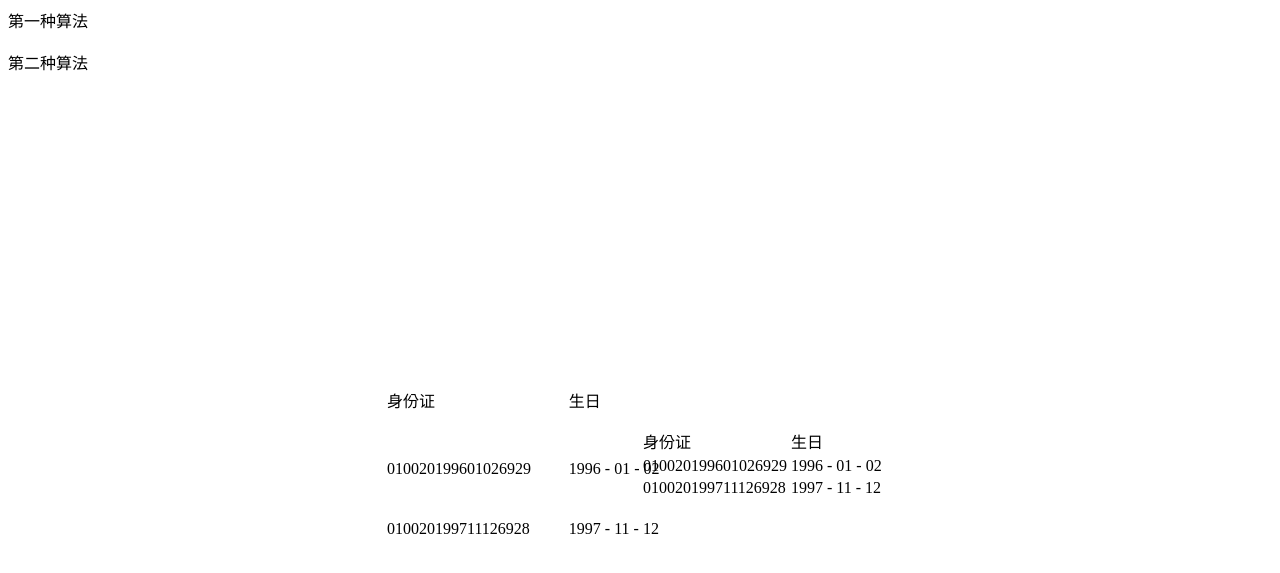
Repository: Fuhai-Chen/javaweb
Page: http://localhost/Chapter_3/transBirthday.jsp
An editor plug-in stored every save of this project. The page is shown before and after the next save, followed by the edit.
The browser window is 1280 px wide. The pictures show the whole page.
The page is served by Tomcat 9.

Above is the page before, as saved 2020-09-20 06:23:36.

After the next save:
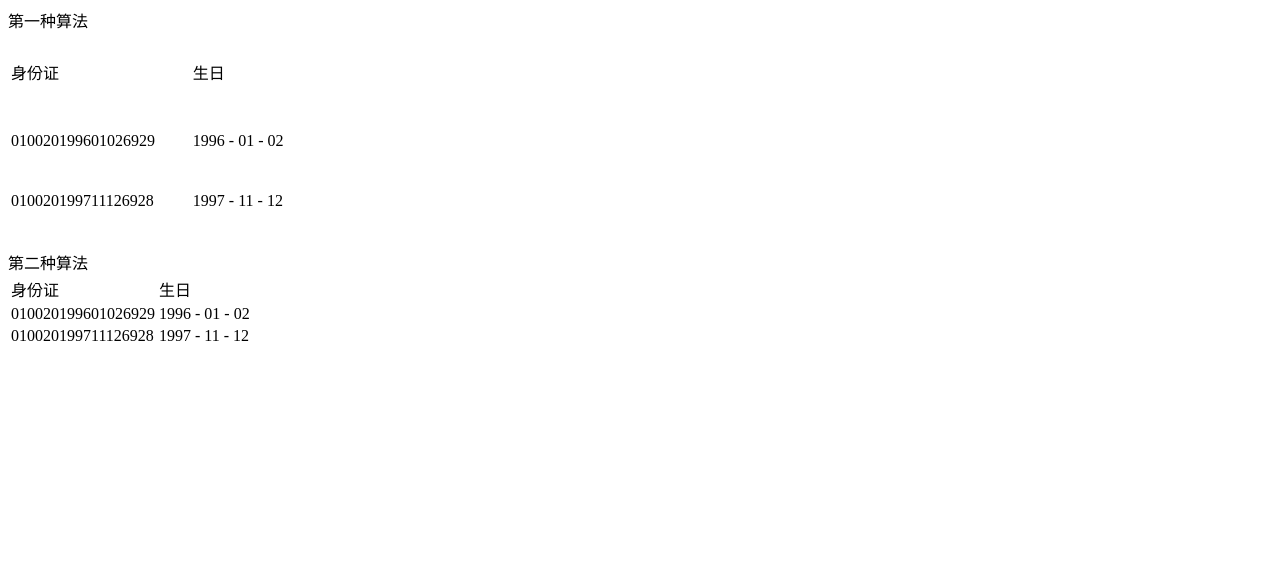
Saved 18 s later.
--- a/Chapter_3/WebRoot/transBirthday.jsp
+++ b/Chapter_3/WebRoot/transBirthday.jsp
@@ -13,14 +13,14 @@ String basePath = request.getScheme()+"://"+request.getServerName()+":"+request.
     	.tb1{
     		border:1;
     		background: #fff;
-    		position: absolute;
+
     	 	left:30%;
     	 	top:50%;
     	 	width:300px;
     	 	height:200px;
     	}
     	.tb2{
-    		position: relative;
+
     		left:50%;
     		top:50%
     	}
